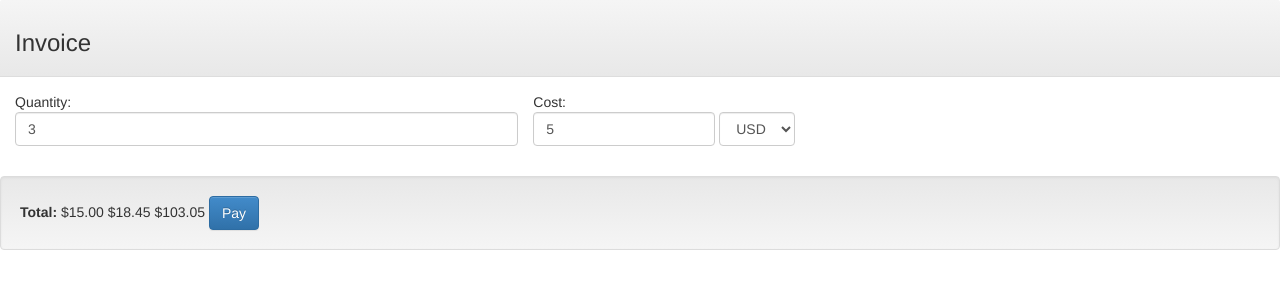
Repository: chisun-joung/workplace
Page: angularJS/WebContent/Chap09_Start/S03_Controller.html
These files come from the project's save history. The page is drawn as it stood at one moment and after the next save; the edit follows.
The browser window is 1280 px wide. The pictures show the whole page.
Some web libraries are served in a nearby version.

Above is the page before, as saved 2016-11-28 04:46:43.

### angularJS/WebContent/Chap09_Start/S03_Controller.html
<!DOCTYPE html>
<!-- 앵귤가 관리할 요소의 범위를 설정한다.
앵귤라는 관리할 요소를 돔으로 보지 않고 템플릿으로 취급
탬플릿의 모든 지시자, 서비스 등을 컴파일 한 후 결과를 돔으로 만들어 브라우저에 전송.
선언함 많은 모듈 중 어떤 모듈을 메인 모듈
-->
<html ng-app= 'app'>
<head>
	<meta charset="UTF-8">
	<title>A02 Controller</title>
	<link href="bootstrap.css" rel="stylesheet" />
	<link href="bootstrap-theme.css" rel="stylesheet" />
	<script src="https://ajax.googleapis.com/ajax/libs/angularjs/1.3.0/angular.js"></script>
	<script type="text/javascript">
		//1.2 에서 가능.   1.3 부터는 모듈 단위로 ..

		angular.module('app',[])

			//.controller   ==> 컨트롤러 역할
			//.filter		==> 뷰 역할
			//.directive ==> 뷰 역할
			//. 각종 서비스  ==> 모델 역할
			.controller('defaultCtrl', MyClass)
		///////
		function MyClass() {
			this.qty = 3;
			this.cost = 5;

			this.inCurr ='USD';
			this.currencies = ['USD','EUR','CNY'];
			this.rate = {'USD': 1, 'EUR': 1.23, 'CNY':6.87};


			this.total = function(outCurr){
				return this.convertRate(this.qty * this.cost, outCurr, this.inCurr);
			}

			this.convertRate = function(amount, outCurr, inCurr){
				return amount * this.rate[outCurr] / this.rate[inCurr];
			}

			this.pay = function() {
				console.log("Clicked");
			}
		}
	</script>
</head>
<body>

	<!-- 각 태그마다 사용할 컨트롤러(클래스 파일)을 지정
	Class 파일은 객체화 하여 사용
	  var mc = new MyClass();   MyClass as mc
	-->
	<div class="panel-default" ng-controller="defaultCtrl as mc">
		<div class="panel-heading">
			<h3>Invoice</h3>
		</div>

		<div class="panel-body col-sm-5">
			<div>Quantity: </div>
			<input type="number" class="form-control" min="0" ng-model="mc.qty">
		</div>

		<div class="form-inline panel-body">
			<div>Cost: </div>
			<div class="form-group">
				<input type="number" id="cost" class="form-control" min="0" ng-model="mc.cost">
			</div>
			<div class="form-group">
				<select class="form-control" ng-model="mc.inCurr">
				<!-- option tag 가 내부적으로 3개 만들어 지면서 내부적으로 c라는 변수를 갖게 된다.  차일드스코프 -->
					<option ng-repeat="c in mc.currencies">{{c}}</option>
				</select>
			</div>
		</div>

		<div class="well">
			<b>Total: </b>
			<span ng-repeat="c in mc.currencies"> {{mc.total(c) | currency }}  </span>
			<button class="btn btn-primary" ng-click="mc.pay()">Pay</button>
		</div>

	</div>

</body>
</html>

Loaded but not shown: angularJS/WebContent/Chap09_Start/bootstrap.css (library); angularJS/WebContent/Chap09_Start/bootstrap-theme.css (library)

After the next save:
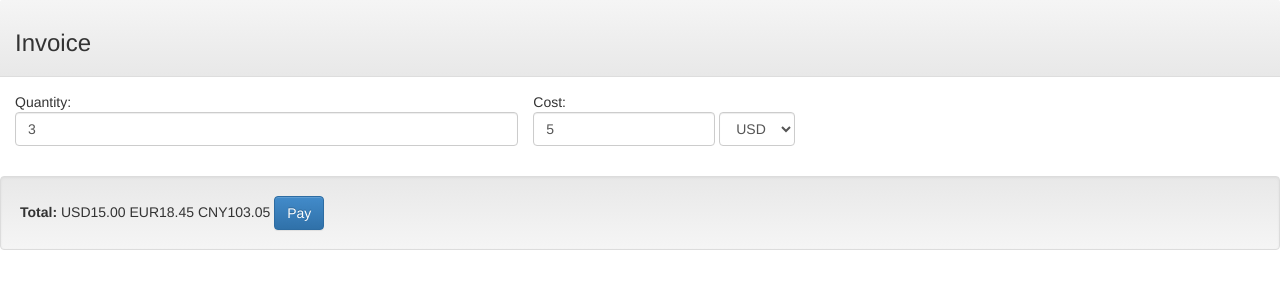
Saved 77 s later.
--- a/angularJS/WebContent/Chap09_Start/S03_Controller.html
+++ b/angularJS/WebContent/Chap09_Start/S03_Controller.html
@@ -76,7 +76,7 @@
 
 		<div class="well">
 			<b>Total: </b>
-			<span ng-repeat="c in mc.currencies"> {{mc.total(c) | currency }}  </span>
+			<span ng-repeat="c in mc.currencies"> {{mc.total(c) | currency : c}}  </span>
 			<button class="btn btn-primary" ng-click="mc.pay()">Pay</button>
 		</div>
 
